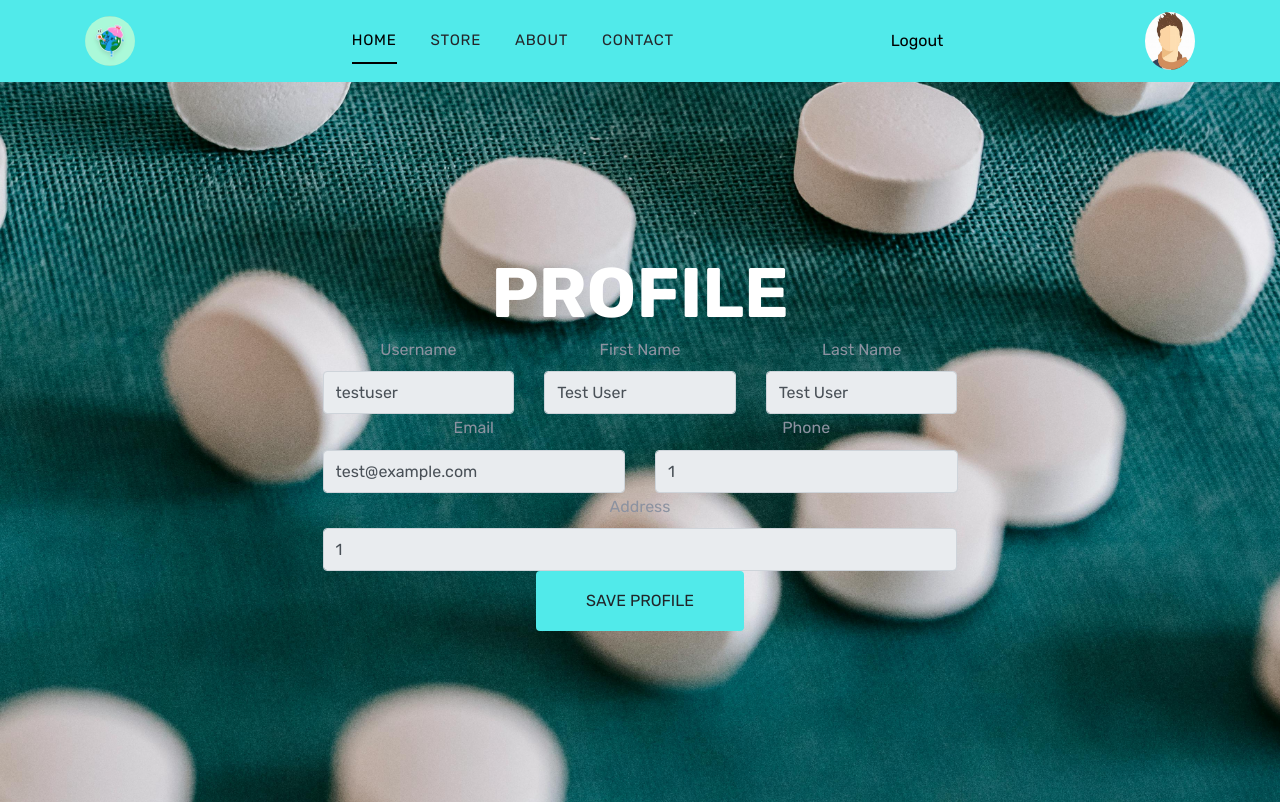
Repository: Argivist/Web-Doctor
Page: http://localhost/view/edit_profile.php
An editor plug-in stored every save of this project. The page is shown before and after the next save, followed by the edit.
The browser window is 1280 px wide. The pictures show the whole page.
Some web fonts or font styles are not loaded; a fallback is used. The page is run by PHP 8.4 with error messages shown; the project is at /var/www/html/. The session is filled in as if someone had signed in: {"id": 1, "username": "testuser", "fname": "Test User", "lname": "Test User", "email": "test@example.com", "phone": 1, "address": 1}.

Above is the page before, as saved 2024-02-20 21:47:40.

After the next save:
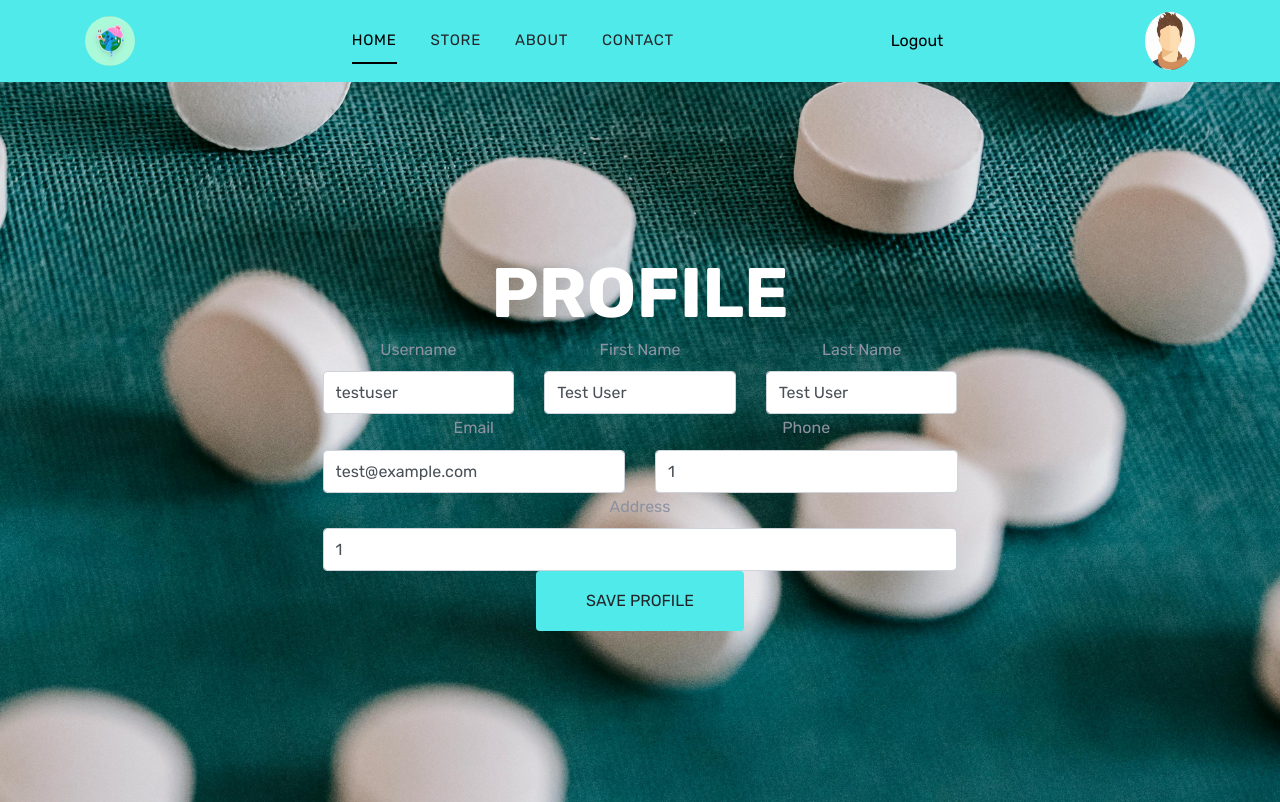
Saved 46 s later.
--- a/view/edit_profile.php
+++ b/view/edit_profile.php
@@ -89,31 +89,31 @@ if (!isset($_SESSION['id'])) {
                                 <div class="row">
                                     <div class="col">
                                         <label for="uname">Username</label>
-                                    <?php echo "<input type='text' id='uname' name='uname' class='form-control' value='" . $_SESSION['username'] . "' disabled>"?>
+                                    <?php echo "<input type='text' id='uname' name='uname' class='form-control' value='" . $_SESSION['username'] . "' >"?>
                                     </div>
                                     <div class="col">
                                         <label for="fname">First Name</label>
-                                        <?php echo "<input type='text' id='fname' name='fname' class='form-control' value='" . $_SESSION['fname'] . "' disabled>"?>
+                                        <?php echo "<input type='text' id='fname' name='fname' class='form-control' value='" . $_SESSION['fname'] . "' >"?>
                                     </div>
                                     <div class="col">
                                         <label for="lname">Last Name</label>
-                                        <?php echo "<input type='text' id='lname' name='lname' class='form-control' value='" . $_SESSION['lname'] . "' disabled>"?>
+                                        <?php echo "<input type='text' id='lname' name='lname' class='form-control' value='" . $_SESSION['lname'] . "' >"?>
                                     </div>
                                 </div>
                                 <div class="row">
                                     <div class="col">
                                         <label for="email">Email</label>
-                                        <?php echo "<input type='text' id='email' name='email' class='form-control' value='" . $_SESSION['email'] . "' disabled>"?>
+                                        <?php echo "<input type='text' id='email' name='email' class='form-control' value='" . $_SESSION['email'] . "' >"?>
                                     </div>
                                     <div class="col">
                                         <label for="phone">Phone</label>
-                                    <?php echo "<input type='text' id='phone' name='phone' class='form-control' value='" . $_SESSION['phone'] . "' disabled>"?>
+                                    <?php echo "<input type='text' id='phone' name='phone' class='form-control' value='" . $_SESSION['phone'] . "' >"?>
                                                     </div>
                                 </div>
                                 <div class="row">
                                     <div class="col">
                                         <label for="address">Address</label>
-                                        <?php echo "<input type='text' id='address' name='address' class='form-control' value='" . $_SESSION['address'] . "' disabled>"?>
+                                        <?php echo "<input type='text' id='address' name='address' class='form-control' value='" . $_SESSION['address'] . "' >"?>
                                     </div>
 
                                 </div>
